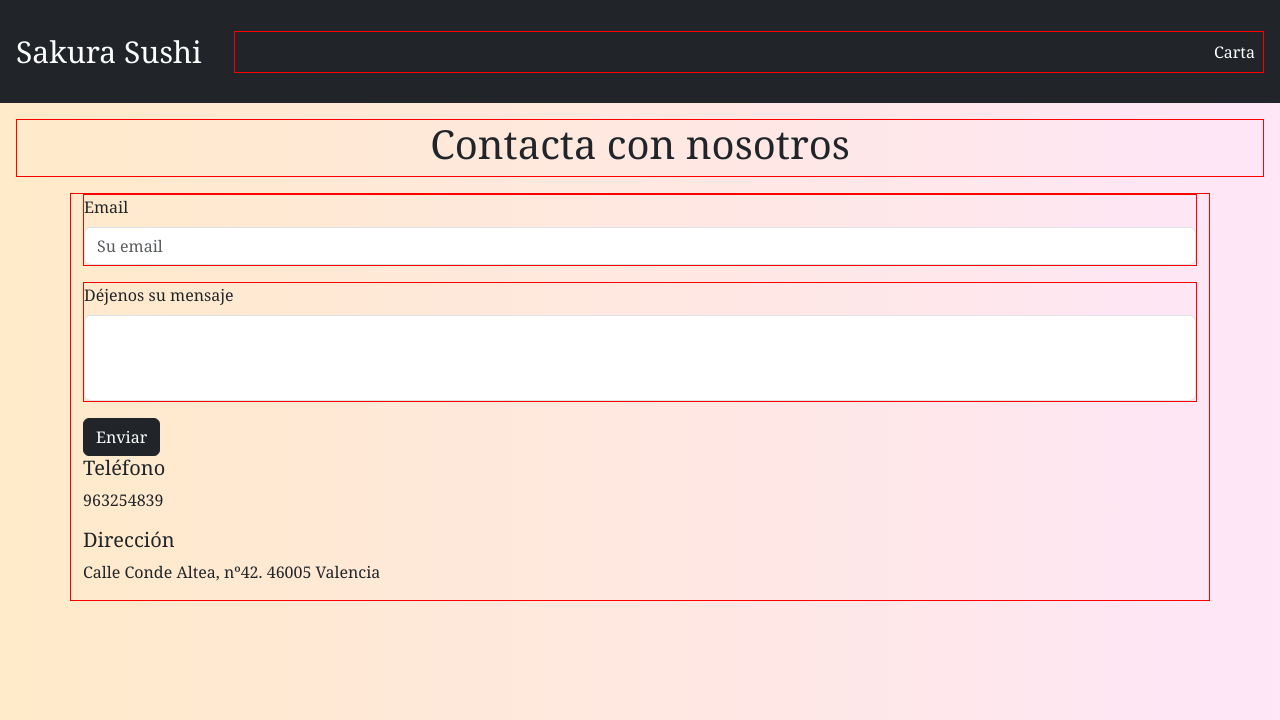
Repository: aipacheco/Fuji-restaurante
Page: contact.html
These files come from the project's save history. The page is drawn as it stood at one moment and after a run of saves; the edit follows.
The browser window is 1280 px wide. The pictures show the whole page.
Some web libraries are served in a nearby version.

Above is the page before, as saved 2024-01-27 11:47:21.

### contact.html
<!DOCTYPE html>
<html lang="en">
  <head>
    <meta charset="UTF-8" />
    <meta name="viewport" content="width=device-width, initial-scale=1.0" />

    <link
      href="https://cdn.jsdelivr.net/npm/bootstrap@5.3.2/dist/css/bootstrap.min.css"
      rel="stylesheet"
      integrity="sha384-T3c6CoIi6uLrA9TneNEoa7RxnatzjcDSCmG1MXxSR1GAsXEV/Dwwykc2MPK8M2HN"
      crossorigin="anonymous"
    />
    <link rel="stylesheet" href="./css/styles.css" />
    <title>Contacta con nosotros</title>
  </head>

  <body>
    <!-- Navbar -->
    <nav class="navbar navbar-expand-lg bg-dark" data-bs-theme="dark">
      <a class="navbar-brand d-flex align-items-center m-3" href="./index.html">
        <span id="icon">Sakura Sushi</span>
      </a>

      <button
        class="navbar-toggler m-3"
        type="button"
        data-toggle="collapse"
        data-target="#navbarNavDropdown"
        aria-controls="navbarNavDropdown"
        aria-expanded="false"
        aria-label="Toggle navigation"
      >
        <span class="navbar-toggler-icon"></span>
      </button>

      <div
        class="collapse navbar-collapse justify-content-end m-3"
        id="navbarNavDropdown"
      >
        <ul class="navbar-nav align-items-center">
          <li class="nav-item active m-2">
            <a href="/menu.html">Carta</a>
          </li>
        </ul>
      </div>
    </nav>

    <div class="row d-flex justify-content-center text-center m-3">

        <h1>Contacta con nosotros</h1>


    </div>

    <div class="container mt-3">

        <form action="./answer.html" class="">
          <div class="mb-3">
            <label for="formGroupExampleInput" class="form-label">Email</label>
            <input
              type="email"
              id="formGroupExampleInput"
              class="form-control"
              placeholder="Su email"
              required
            />
          </div>
          <div class="mb-3">
            <label for="exampleFormControlTextarea1" class="form-label"
              >Déjenos su mensaje</label
            >
            <textarea
              class="form-control"
              id="exampleFormControlTextarea1"
              rows="3"
            ></textarea>
          </div>

          <button class="btn btn-dark" type="submit">Enviar</button>
        </form>


      <h5>Teléfono</h5>
        <p>963254839</p>
        <h5>Dirección</h5>
        <p>Calle Conde Altea, nº42. 46005 Valencia</p>

    </div>
    <script src="https://code.jquery.com/jquery-3.2.1.slim.min.js"></script>
    <script src="https://cdnjs.cloudflare.com/ajax/libs/popper.js/1.12.9/umd/popper.min.js"></script>
    <script src="https://maxcdn.bootstrapcdn.com/bootstrap/4.0.0/js/bootstrap.min.js"></script>
  </body>
</html>

### css/styles.css
body {
  font-family:Georgia, 'Times New Roman', Times, serif !important;
  margin: 0;
  padding: 0;
  background: rgb(255, 234, 201);
  background: linear-gradient(
    90deg,
    rgba(255, 234, 201, 1) 0%,
    rgba(255, 230, 248, 1) 100%
  );
  height: 100vh;
  width: 100vw;
}
div{
  border:1px solid red
}
a{
  text-decoration: none;
  color: white;
}
#icon{
    font-size: 1.5em;
}
textarea{
  resize: none !important;
}
.card{
  background-color: rgba(250, 235, 215, 0.212);
}

After the next 2 saves:
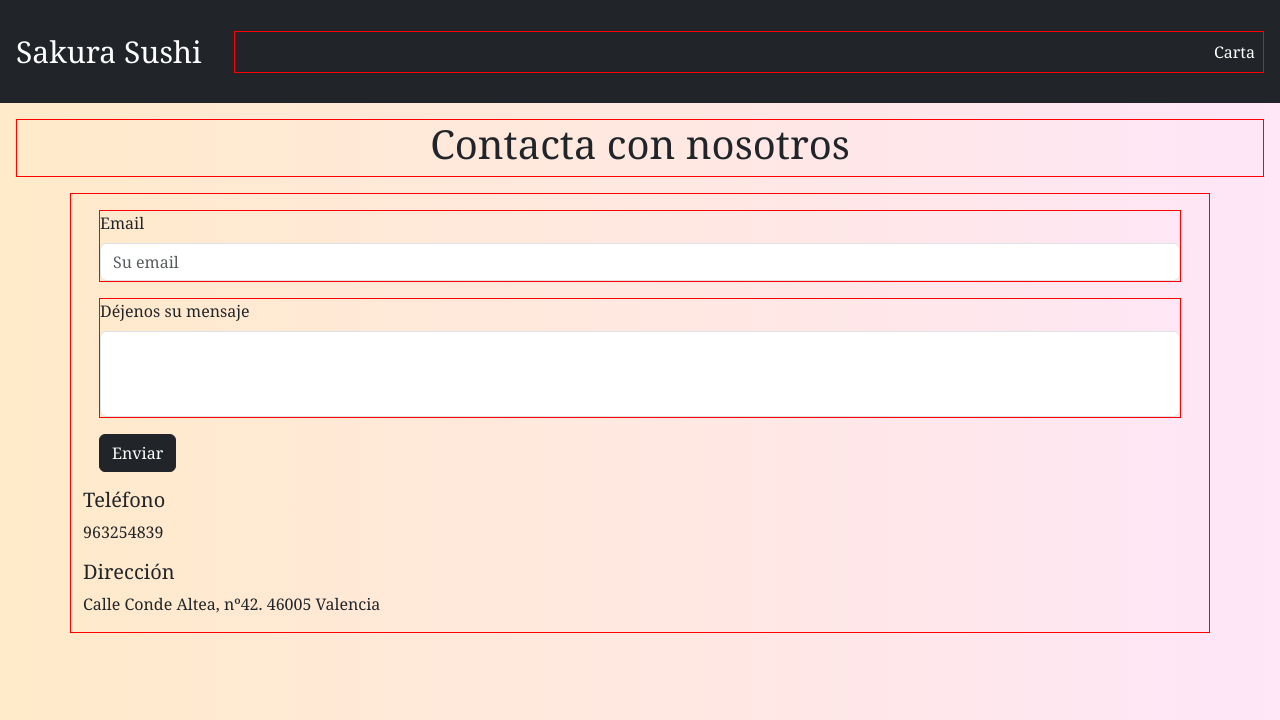
The 2 saves are shown as one change because they came seconds apart.
The last was saved 6 s later.
--- a/contact.html
+++ b/contact.html
@@ -54,7 +54,7 @@
 
     <div class="container mt-3">
 
-        <form action="./answer.html" class="">
+        <form action="./answer.html" class="m-3">
           <div class="mb-3">
             <label for="formGroupExampleInput" class="form-label">Email</label>
             <input
